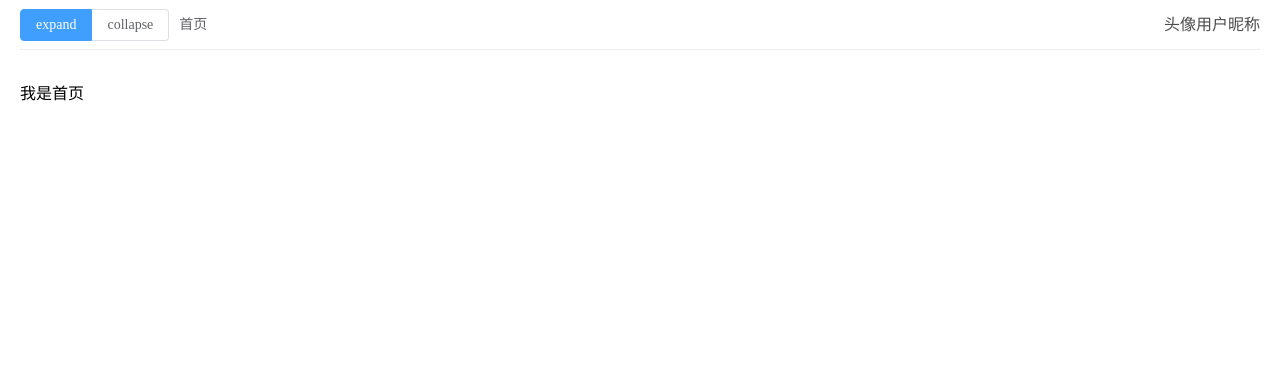
Repository: 202100202078/SignInBox
Page: /admin/index
An editor plug-in stored every save of this project. The page is shown before and after the next save, followed by the edit.
The browser window is 1280 px wide. The pictures show the whole page.
The project was rebuilt for these pictures with package versions that can differ from the ones it lists, and the page was loaded fresh each time. Also part of the build but not shown: vite.config.js, src/components/FilterLayout.vue, src/components/PageFooter.vue, src/components/TableLayout.vue, src/components/ToolTip.vue, src/assets/fonts/iconfont/iconfont.js, src/assets/style/variables.module.scss.

Above is the page before, as saved 2024-01-29 18:57:49.

### src/main.js
import { createApp } from 'vue'
import '@/assets/style/base.scss'
import pinia from '@/stores/index'
import App from './App.vue'
import router from './router'
import ElementPlus from 'element-plus'
import 'element-plus/dist/index.css'
import '@/assets/fonts/iconfont/iconfont.css'
import '@/assets/fonts/iconfont/iconfont.js'
import * as ElementPlusIconsVue from '@element-plus/icons-vue'

const app = createApp(App)
for (const [key, component] of Object.entries(ElementPlusIconsVue)) {
  app.component(key, component)
}
app.use(ElementPlus)
app.use(pinia)
app.use(router)

app.mount('#app')

### src/assets/style/base.scss
* {
  margin: 0px;
  padding: 0px;
  box-sizing: border-box;
}

.icon {
  width: 1em;
  height: 1em;
  vertical-align: -0.15em;
  fill: currentColor;
  overflow: hidden;
}

.el-menu {
  border:0!important;
}

ul {
  list-style:none;
}

li {
  list-style-type:none;
}

a {
	text-decoration: none; /* 去除默认的下划线 */
	outline: none;	/* 去除旧版浏览器的点击后的外虚线框 */
	color: #000;	/* 去除默认的颜色和点击后变化的颜色 */
}

// 阿里字体图标设置
.icon, .iconfont {
  font-family:"iconfont" !important;
  font-size:16px;
  font-style:normal;
  -webkit-font-smoothing: antialiased;
  -webkit-text-stroke-width: 0.2px;
  -moz-osx-font-smoothing: grayscale;
}

### src/stores/index.js
//将pinia相关代码整合至此
import { createPinia } from 'pinia'
import persist from 'pinia-plugin-persistedstate'

const pinia = createPinia()
pinia.use(persist)

export default pinia

export * from './modules/user'

### src/router/index.js
import { createRouter, createWebHistory } from 'vue-router'
import { useUserStore } from '@/stores'

const router = createRouter({
  history: createWebHistory(import.meta.env.BASE_URL),
  routes: [
    {
      path: '/login',
      name: 'login',
      component: () => import('@/views/login/LoginPage.vue')
    }, //home
    {
      path: '/',
      name: 'home',
      component: () => import('@/views/layout/LayOutContainer.vue'),
      redirect: '/home/welcome',
      children: [
        {
          path: '/home/welcome',
          name: 'welcome',
          component: () => import('@/views/home/WelcomePage.vue')
        },
        {
          path: '/home/interface',
          name: 'interface',
          component: () => import('@/views/home/InterfacePage.vue')
        },
        {
          path: '/home/recharge',
          name: 'recharge',
          component: () => import('@/views/home/RechargePage.vue')
        },
        {
          path: '/home/order',
          name: 'order',
          component: () => import('@/views/home/OrderPage.vue')
        },
        {
          path: '/home/user',
          name: 'user',
          component: () => import('@/views/home/UserPage.vue')
        },
        {
          path: '/admin/interface',
          name: 'adminInterface',
          component: () => import('@/views/admin/InterfacePage.vue')
        },
        {
          path: '/admin/recharge',
          name: 'adminRecharge',
          component: () => import('@/views/admin/RechargePage.vue')
        },
        {
          path: '/admin/user',
          name: 'adminUser',
          component: () => import('@/views/admin/UserPage.vue')
        }
      ]
    }, //admin
    {
      path: '/admin',
      name: 'admin-index',
      component: () => import('@/views/admin/layout/SystemPage.vue'),
      redirect: '/admin/index',
      children: [
        {
          path: '/admin/index',
          name: 'index',
          component: () => import('@/views/admin/index/IndexPage.vue'),
          meta: {
            breadInfo: ['首页']
          }
        },
        {
          path: '/admin/system',
          name: 'admin-system',
          children: [
            {
              path: '/admin/system/menu',
              name: 'admin-system-menu',
              component: () =>
                import('@/views/admin/system/MenuManagement.vue'),
              meta: {
                breadInfo: ['首页', '系统管理', '菜单管理']
              }
            },
            {
              path: '/admin/system/user',
              name: 'admin-system-user',
              component: () =>
                import('@/views/admin/system/UserManagement.vue'),
              meta: {
                breadInfo: ['首页', '系统管理', '用户管理']
              }
            },
            {
              path: '/admin/system/role',
              name: 'admin-system-role',
              component: () =>
                import('@/views/admin/system/RoleManagement.vue'),
              meta: {
                breadInfo: ['首页', '系统管理', '角色管理']
              }
            }
          ]
        }
      ]
    },
    {
      path: '/:pathMatch(.*)',
      component: () => import('@/views/Else/ElsePage.vue')
    }
  ]
})

export default router

router.beforeEach((to) => {
  const userStore = useUserStore()
  if (
    // 检查在pinia用户是否有Token并且是否去往login
    !userStore.token &&
    to.name !== 'login'
  ) {
    // 将用户重定向到登录页面
    return { name: 'login' }
  }
})

### src/assets/fonts/iconfont/iconfont.css
@font-face {
  font-family: "iconfont"; /* Project id 4345534 */
  src: url('iconfont.woff2?t=1703642635456') format('woff2'),
       url('iconfont.woff?t=1703642635456') format('woff'),
       url('iconfont.ttf?t=1703642635456') format('truetype');
}

.iconfont {
  font-family: "iconfont" !important;
  font-size: 16px;
  font-style: normal;
  -webkit-font-smoothing: antialiased;
  -moz-osx-font-smoothing: grayscale;
}

.icon-yunyingbaobiao:before {
  content: "\e620";
}

.icon-jiekou1:before {
  content: "\e694";
}

.icon-jiaoseguanli:before {
  content: "\e618";
}

.icon-dingshirenwu:before {
  content: "\e651";
}

.icon-daimashengcheng:before {
  content: "\e636";
}

.icon-a-Icon-line-hamburger-right1x:before {
  content: "\e84c";
}

.icon-a-Icon-line-hamburger-left1x:before {
  content: "\e84d";
}

.icon-a-shujujiankong2:before {
  content: "\e628";
}

.icon-a-zaixianyonghu2:before {
  content: "\e629";
}

.icon-shouqi:before {
  content: "\e6b8";
}

.icon-xiala:before {
  content: "\e6b9";
}

.icon-gantanhao-quan:before {
  content: "\e70f";
}

.icon-yuandianxiao:before {
  content: "\e757";
}

.icon-duihao:before {
  content: "\eaf1";
}

.icon-fuzhi:before {
  content: "\ec7a";
}

.icon-shuaxin:before {
  content: "\e8b9";
}

.icon-shezhi:before {
  content: "\e642";
}

.icon-midutu:before {
  content: "\e749";
}

.icon-wodedingdan:before {
  content: "\e655";
}

.icon-admin-manage:before {
  content: "\e60e";
}

.icon-xiaolian:before {
  content: "\e8ab";
}

.icon-chongzhi:before {
  content: "\e60b";
}

.icon-jiekou:before {
  content: "\e607";
}

.icon-4_square_solid:before {
  content: "\e64d";
}

.icon-1_square_solid:before {
  content: "\e64e";
}

.icon-5_square_solid:before {
  content: "\e64c";
}

.icon-3_square_solid:before {
  content: "\e64f";
}

.icon-2_square_solid:before {
  content: "\e650";
}

### src/stores/modules/user.js
import { defineStore } from 'pinia'
import { ref } from 'vue'

export const useUserStore = defineStore(
  'interface-user',
  () => {
    //用户标识
    const token = ref('1234')
    const setToken = (t) => {
      token.value = t
    }
    return {
      token,
      setToken
    }
  },
  {
    persist: true,
    key: 'interface-token',
    paths: ['token']
  }
)

### src/views/admin/layout/SystemPage.vue
<script setup>
import { ref } from 'vue'
import { useRouter, useRoute } from 'vue-router'
import { onMounted } from 'vue'
import { useUserStore } from '@/stores/modules/user.js'
const userStore = useUserStore()
const route = useRoute()
const router = useRouter()
const isCollapse = ref(false)

const activeIndex = ref('')

const handleAvatarCommand = async (command) => {
  //如果是退出登录需要清除本地用户信息
  // console.log('清除本地用户信息')
  if (command === '/login') {
    await ElMessageBox.confirm('你确认退出登录吗？', '温馨提示', {
      type: 'warning',
      confirmButtonText: '确认',
      cancelButtonText: '取消'
    })
    userStore.setToken('')
    // userStore.setUser({})
    // router.push(`/login`)
  } else {
    // router.push(`/user/${command}`)
  }
  router.push(command)
}

// Tab标签相关
// let tabIndex = 2
// const editableTabsValue = ref('2')
// const editableTabs = ref([
//   {
//     title: 'Tab 1',
//     name: '1',
//     content: 'Tab 1 content'
//   },
//   {
//     title: 'Tab 2',
//     name: '2',
//     content: 'Tab 2 content'
//   }
// ])

// const handleTabsEdit = (targetName, action) => {
//   if (action === 'add') {
//     const newTabName = `${++tabIndex}`
//     editableTabs.value.push({
//       title: 'New Tab',
//       name: newTabName,
//       content: 'New Tab content'
//     })
//     editableTabsValue.value = newTabName
//   } else if (action === 'remove') {
//     const tabs = editableTabs.value
//     let activeName = editableTabsValue.value
//     if (activeName === targetName) {
//       tabs.forEach((tab, index) => {
//         if (tab.name === targetName) {
//           const nextTab = tabs[index + 1] || tabs[index - 1]
//           if (nextTab) {
//             activeName = nextTab.name
//           }
//         }
//       })
//     }

//     editableTabsValue.value = activeName
//     editableTabs.value = tabs.filter((tab) => tab.name !== targetName)
//   }
// }

onMounted(() => {
  // 页面刷新使得侧边栏为当前激活路由
  activeIndex.value = route.path
})
</script>

<template>
  <div class="system-layout">
    <el-container style="height: 100%">
      <MySlider :isCollapse="isCollapse" :activeIndex="activeIndex"></MySlider>
      <el-container>
        <el-header>
          <div class="header-top">
            <div class="header-top-left">
              <el-radio-group v-model="isCollapse" class="collapseBtns">
                <el-radio-button :label="false">expand</el-radio-button>
                <el-radio-button :label="true">collapse</el-radio-button>
              </el-radio-group>
              <el-breadcrumb separator="/">
                <el-breadcrumb-item
                  v-for="(item, index) in $route.meta.breadInfo"
                  :key="index"
                  >{{ item }}</el-breadcrumb-item
                >
              </el-breadcrumb>
            </div>
            <div class="header-top-right">
              <el-dropdown @command="handleAvatarCommand">
                <span class="el-dropdown-link">
                  <span>头像</span>
                  <span>用户昵称</span>
                </span>
                <template #dropdown>
                  <el-dropdown-menu>
                    <el-dropdown-item command="/home/user"
                      >个人中心</el-dropdown-item
                    >
                    <el-dropdown-item command="/login"
                      >退出登录</el-dropdown-item
                    >
                  </el-dropdown-menu>
                </template>
              </el-dropdown>
            </div>
          </div>
          <!-- <div class="header-bottom">
            <el-tabs
              v-model="editableTabsValue"
              type="card"
              editable
              class="my-tabs"
              @edit="handleTabsEdit"
            >
              <el-tab-pane label="首页" :closeable="false">32444444444444</el-tab-pane>
              <el-tab-pane
                v-for="item in editableTabs"
                :key="item.name"
                :label="item.title"
                :name="item.name"
              >
                {{ item.content }}
              </el-tab-pane>
            </el-tabs>
          </div> -->
        </el-header>
        <el-main>
          <router-view></router-view>
        </el-main>
      </el-container>
    </el-container>
  </div>
</template>

<style lang="scss" scoped>
.system-layout {
  height: 100vh;
  .el-aside {
    transition: all 0.5s;
  }
  .system-layout-aside {
    height: 100%;
    .logo-show {
      height: 50px;
      text-align: center;
      cursor: pointer;
      .logo {
        margin-right: 4px;
        width: 28px;
        vertical-align: middle;
      }
      .title {
        display: inline-block;
        font-size: 14px;
        line-height: 50px;
        font-weight: 600;
        vertical-align: middle;
        color: #fff;
      }
    }
  }

  .header-top {
    height: 50px;
    display: flex;
    justify-content: space-between;
    align-items: center;
    border-bottom: 1px solid #eee;
    .header-top-left {
      display: flex;
      align-items: center;
      .collapseBtns {
        margin-right: 10px;
      }
    }
    .header-top-right {
      margin-left: 6px;
      display: flex;
      align-items: center;
      font-size: 16px;
      border-radius: 6px;
      height: 56px;
      line-height: 56px;
      &:hover {
        background-color: rgba(0, 0, 0, 0.1);
        color: rgba(0, 0, 0, 1);
        transition: color 0.3s;
      }
      .el-dropdown {
        :deep(:focus-visible) {
          outline: none;
        }
        .el-dropdown-link {
          cursor: pointer;
          color: rgba(0, 0, 0, 0.7);
          font-size: 16px;
          display: flex;
          align-items: center;
        }
      }
    }
  }
}
.icon {
  vertical-align: middle;
  margin-right: 5px;
  width: 24px;
  text-align: center;
  font-size: 18px;
  color: #fff;
}
</style>

### src/views/admin/index/IndexPage.vue
<script setup></script>

<template>
  <div>我是首页</div>
</template>

### src/views/admin/layout/conponents/MySlider.vue
<script setup>
defineProps({
  isCollapse: {
    type: Boolean,
    required: true
  },
  activeIndex: {
    type: String,
    required: true
  }
})
</script>

<template>
  <el-aside
    width="200px"
    :style="{ width: isCollapse ? '64px' : '200px' }"
    class="el-aside"
  >
    <div
      :style="{
        backgroundColor: variables.menuBackground
      }"
      class="system-layout-aside"
    >
      <div
        class="logo-show"
        :style="{
          'padding-top': isCollapse ? '16px' : '0',
          transition: '1.5s'
        }"
      >
        <a @click="$router.replace('/admin/index')">
          <img src="@/assets/avg/logo.svg" alt="logo" class="logo" />
          <h1
            class="title"
            :style="{
              opacity: isCollapse ? 0 : 1,
              transition: '0.5s',
              color: isCollapse ? '#545c64' : '#fff'
            }"
          >
            API-BOX管理系统
          </h1>
        </a>
      </div>
      <el-menu
        active-text-color="#ffd04b"
        background-color="#545c64"
        class="el-menu-vertical-demo"
        :default-active="activeIndex"
        text-color="#fff"
        @open="handleOpen"
        @close="handleClose"
        :collapse="isCollapse"
        :unique-opened="true"
        router
      >
        <el-menu-item index="/admin/index">
          <el-icon><House /></el-icon>
          <span>首页</span>
        </el-menu-item>
        <el-sub-menu index="2">
          <template #title>
            <el-icon><Setting /></el-icon>
            <span>系统管理</span>
          </template>
          <el-menu-item index="/admin/system/user">
            <el-icon><User /></el-icon>
            <span>用户管理</span>
          </el-menu-item>
          <el-menu-item index="/admin/system/role">
            <svg class="icon" aria-hidden="true">
              <use xlink:href="#icon-jiaoseguanli"></use>
            </svg>
            <span>角色管理</span>
          </el-menu-item>
          <el-menu-item index="/admin/system/menu">
            <svg class="icon" aria-hidden="true">
              <use xlink:href="#icon-yunyingbaobiao"></use>
            </svg>
            <span>菜单管理</span>
          </el-menu-item>
        </el-sub-menu>
        <el-sub-menu index="3">
          <template #title>
            <el-icon><Odometer /></el-icon>
            <span>系统监控</span>
          </template>
          <el-menu-item index="3-1">
            <svg class="icon" aria-hidden="true">
              <use xlink:href="#icon-a-zaixianyonghu2"></use>
            </svg>
            <span>在线用户</span>
          </el-menu-item>
          <el-menu-item index="3-2">
            <svg class="icon" aria-hidden="true">
              <use xlink:href="#icon-dingshirenwu"></use>
            </svg>
            <span>定时任务</span>
          </el-menu-item>
          <el-menu-item index="3-3">
            <svg class="icon" aria-hidden="true">
              <use xlink:href="#icon-a-shujujiankong2"></use>
            </svg>
            <span>数据监控</span>
          </el-menu-item>
        </el-sub-menu>
        <el-sub-menu index="4">
          <template #title>
            <el-icon><FirstAidKit /></el-icon>
            <span>系统工具</span>
          </template>
          <el-menu-item index="4-1">
            <svg class="icon" aria-hidden="true">
              <use xlink:href="#icon-yunyingbaobiao"></use>
            </svg>
            <span>表单构建</span>
          </el-menu-item>
          <el-menu-item index="4-3">
            <svg class="icon" aria-hidden="true">
              <use xlink:href="#icon-jiekou1"></use>
            </svg>
            <span>系统接口</span>
          </el-menu-item>
        </el-sub-menu>
      </el-menu>
    </div>
  </el-aside>
</template>

<style scoped lang="scss"></style>

Loaded but not shown: index.html (common file); src/App.vue (common file)

After the next save:
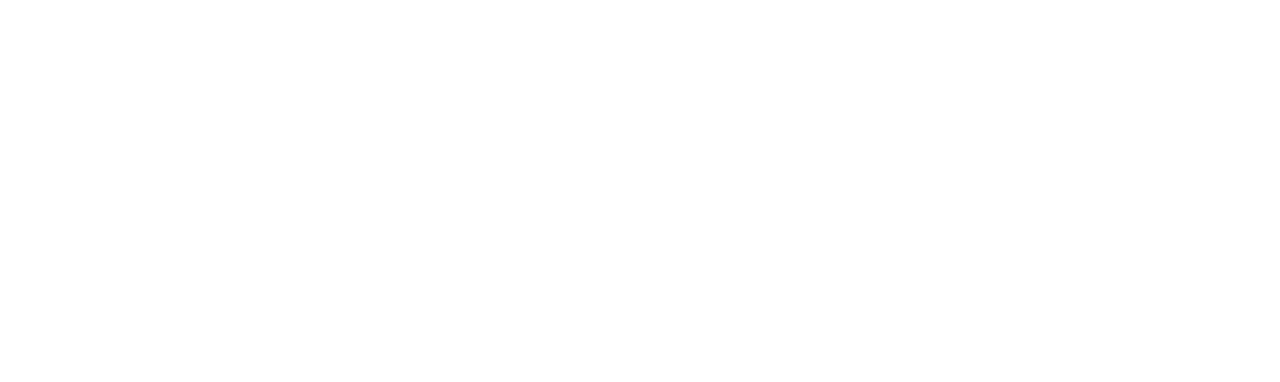
Console error: TypeError: Cannot read properties of undefined (reading 'menuBackground')
Saved 23 s later.
--- a/src/views/admin/layout/SystemPage.vue
+++ b/src/views/admin/layout/SystemPage.vue
@@ -3,6 +3,7 @@
 import { useRouter, useRoute } from 'vue-router'
 import { onMounted } from 'vue'
 import { useUserStore } from '@/stores/modules/user.js'
+import MySlider from './conponents/MySlider.vue'
 const userStore = useUserStore()
 const route = useRoute()
 const router = useRouter()

After the 5 saves that followed:
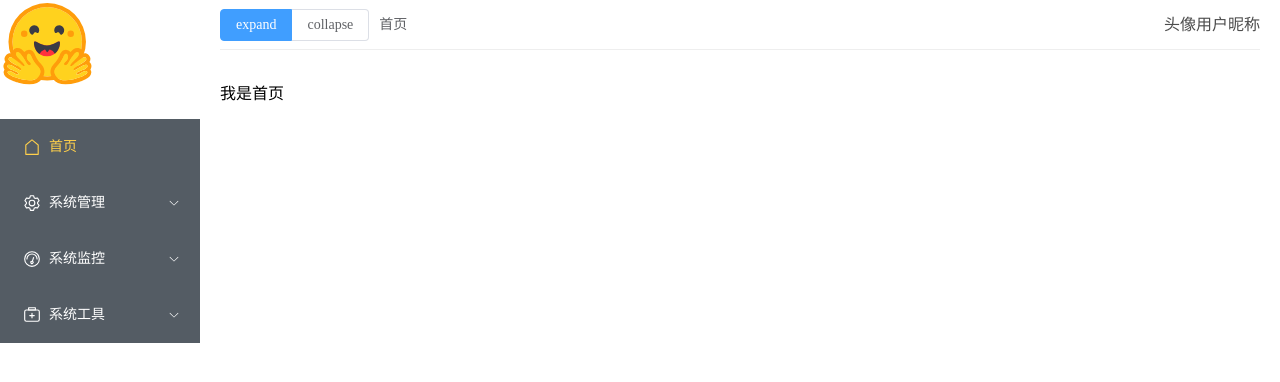
The error is gone.
The 5 saves are shown as one change because 1 did not build or start and 3 left the picture as it was.
The last was saved 4 min 9 s later.
--- a/src/views/admin/layout/SystemPage.vue
+++ b/src/views/admin/layout/SystemPage.vue
@@ -7,8 +7,9 @@
 const userStore = useUserStore()
 const route = useRoute()
 const router = useRouter()
+// 控制侧边栏是否折叠
 const isCollapse = ref(false)
-
+// 记录当前侧边栏
 const activeIndex = ref('')
 
 const handleAvatarCommand = async (command) => {
--- a/src/views/admin/layout/conponents/MySlider.vue
+++ b/src/views/admin/layout/conponents/MySlider.vue
@@ -1,5 +1,6 @@
 <script setup>
-defineProps({
+import variables from '@/assets/style/variables.module.scss'
+const prop = defineProps({
   isCollapse: {
     type: Boolean,
     required: true
@@ -9,6 +10,7 @@
     required: true
   }
 })
+console.log(prop)
 </script>
 
 <template>
